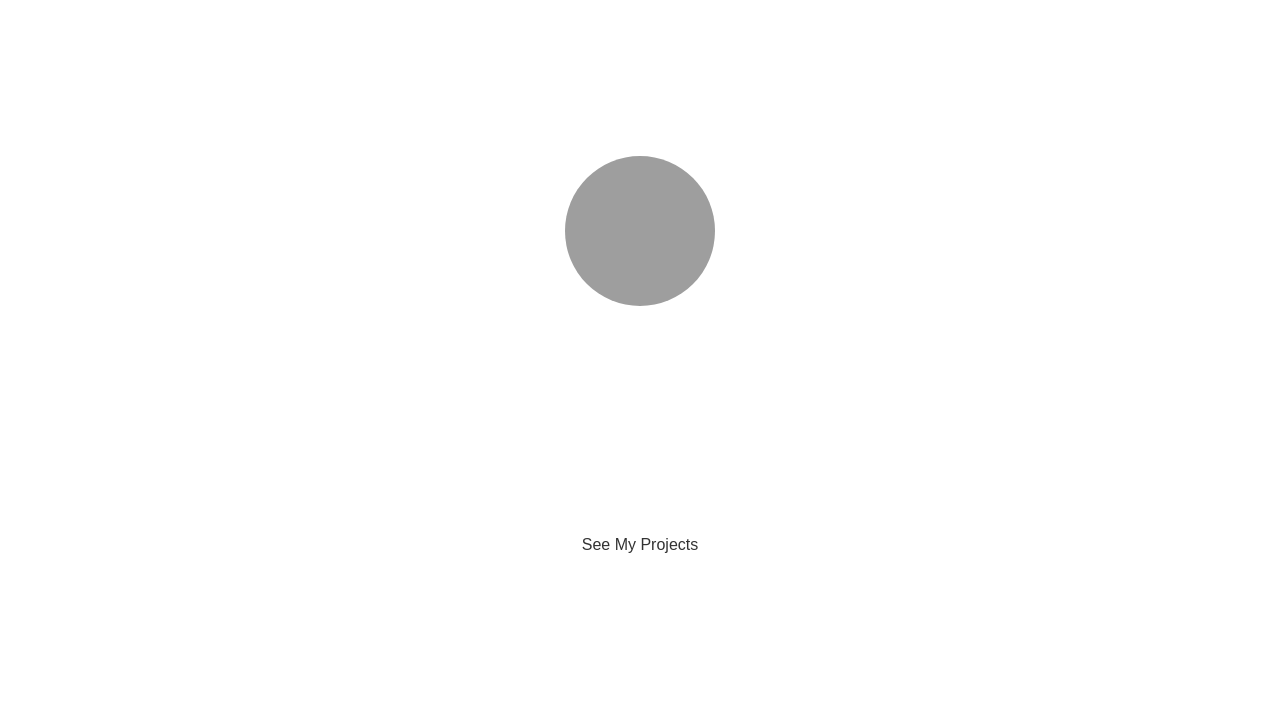
Repository: arunlorenz/portfolio
Page: /
These files come from the project's save history. The page is drawn as it stood at one moment and after a run of saves; the edit follows.
The browser window is 1280 px wide. The pictures show the whole page.
Pictures or frames that could not be fetched are drawn as grey boxes. The project was rebuilt for these pictures with package versions that can differ from the ones it lists, and the page was loaded fresh each time. Also part of the build but not shown: vite.config.ts, src/components/ProjectsPage.css, src/components/ProjectsPage.js.

Above is the page before, as saved 2024-08-06 20:23:00.

After the next 2 saves:
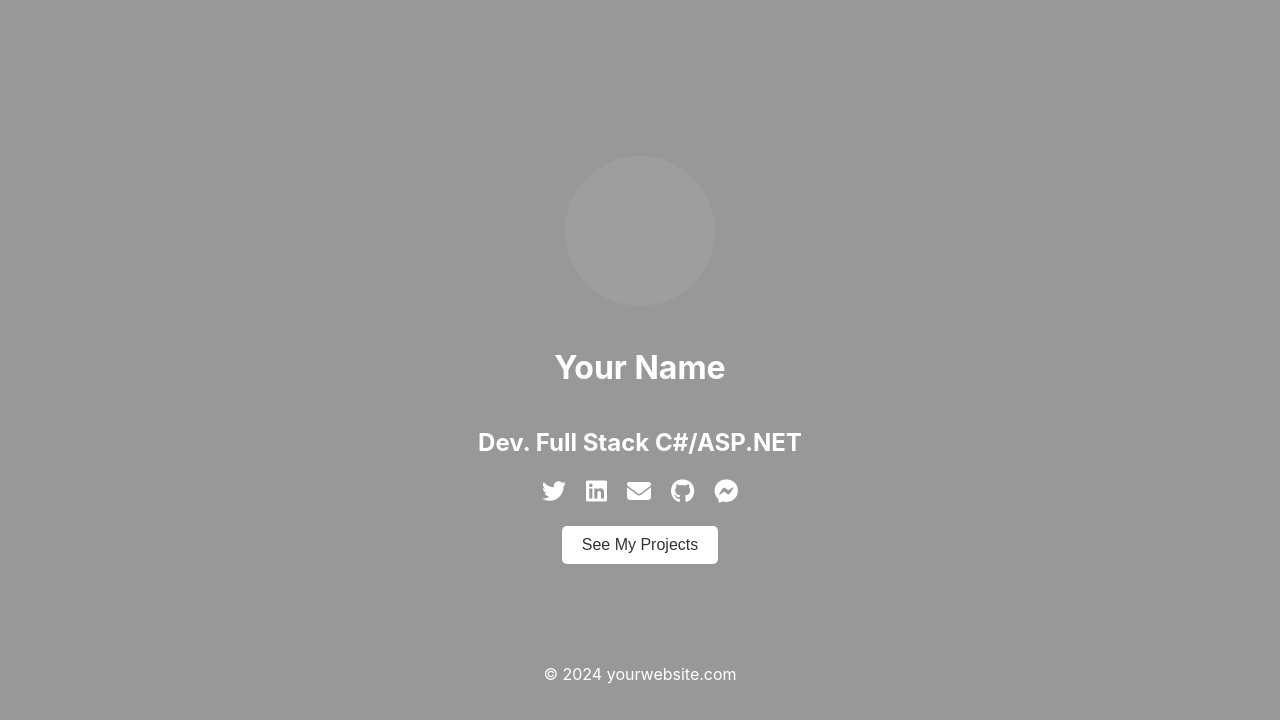
The 2 saves are shown as one change because they came seconds apart.
The last was saved 8 s later.
--- a/src/components/HomePage.css
+++ b/src/components/HomePage.css
@@ -4,7 +4,7 @@
     align-items: center;
     justify-content: center;
     height: 100vh;
-    background-color: #ffffff;
+    background-color: #999898;
     color: white;
     text-align: center;
   }
